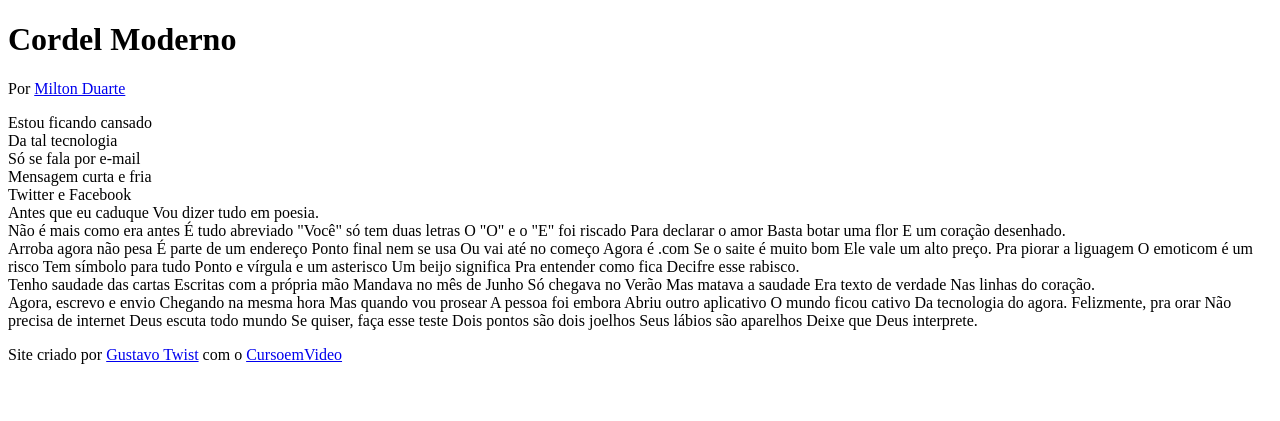
Repository: gustavotwist/projeto-cordel
Page: index.html
These files come from the project's save history. The page is drawn as it stood at one moment and after a run of saves; the edit follows.
The browser window is 1280 px wide. The pictures show the whole page.

Above is the page before, as saved 2024-04-15 21:36:03.

After the next 2 saves:
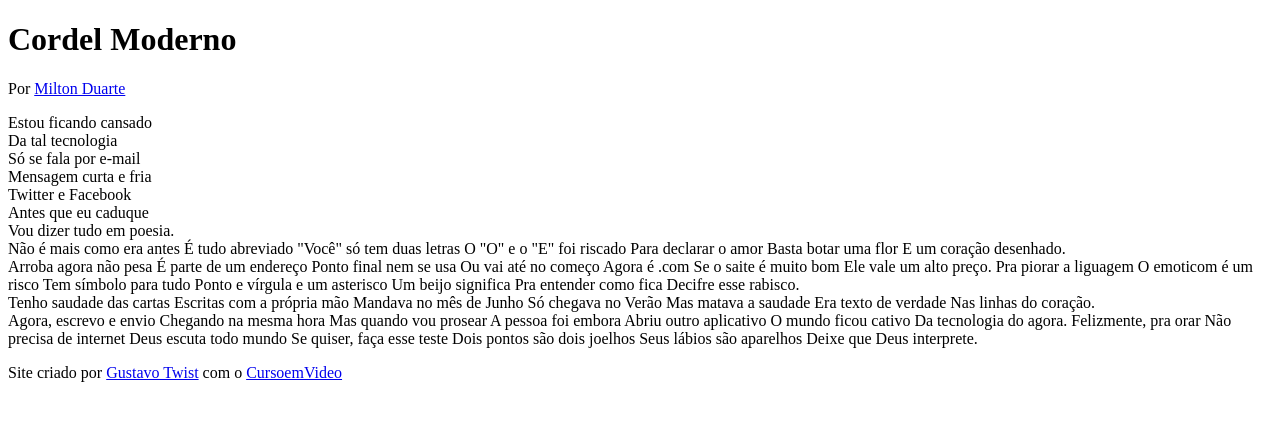
The 2 saves are shown as one change because they came seconds apart.
The last was saved 7 s later.
--- a/index.html
+++ b/index.html
@@ -21,7 +21,7 @@
         Só se fala por e-mail <br>
         Mensagem curta e fria <br>
         Twitter e Facebook <br>
-        Antes que eu caduque
+        Antes que eu caduque <br>
         Vou dizer tudo em poesia.
     </section>
 
